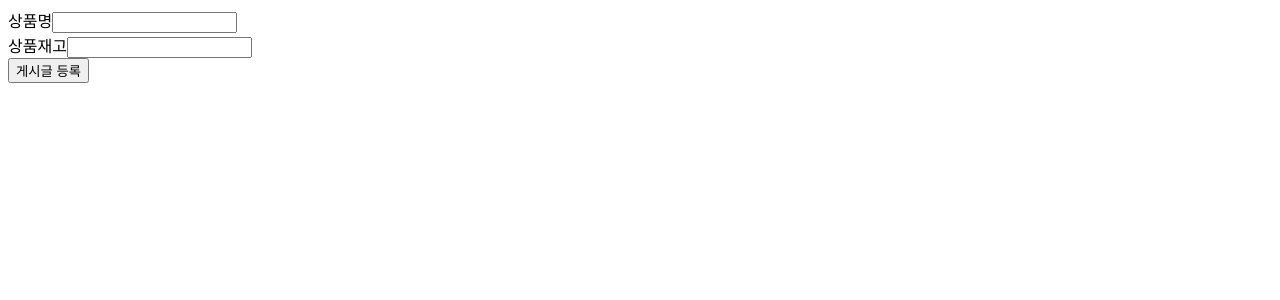
Repository: yesung1215/back_jsp
Page: http://localhost/mvc_task/write.jsp
An editor plug-in stored every save of this project. The page is shown before and after the next save, followed by the edit.
The browser window is 1280 px wide. The pictures show the whole page.
The page is served by Tomcat 9. Other server files are loaded and not shown.

Above is the page before, as saved 2025-09-26 07:07:06.

### mvc_task/src/main/webapp/write.jsp
<%@ page language="java" contentType="text/html; charset=UTF-8"
    pageEncoding="UTF-8"%>
<!DOCTYPE html>
<html>
<head>
<meta charset="UTF-8">
<title>게시글 작성</title>
</head>
<body>
	<form action="/mvc_task/write-ok.post" method="get">
		<div>
			<span>상품명</span><input name="productName" />
		</div>
		<div>
			<span>상품재고</span><input name="productStock" />
		</div>
		<button>게시글 등록</button>
	</form>
</body>
</html>

After the next save:
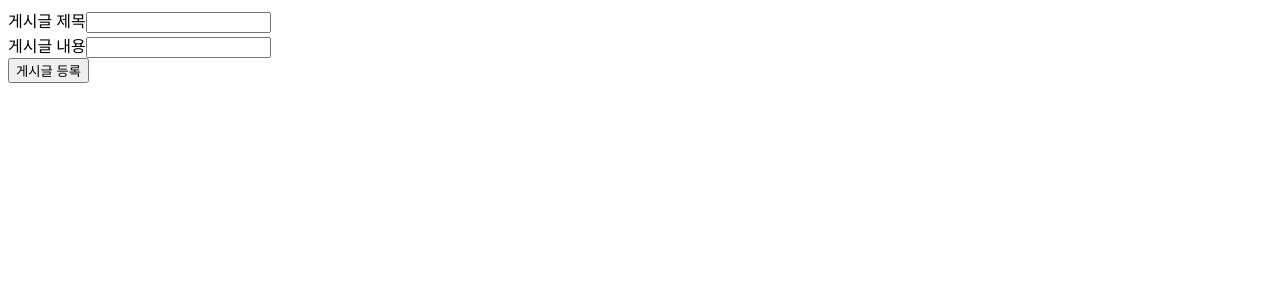
Saved 54 s later.
--- a/mvc_task/src/main/webapp/write.jsp
+++ b/mvc_task/src/main/webapp/write.jsp
@@ -9,10 +9,10 @@
 <body>
 	<form action="/mvc_task/write-ok.post" method="get">
 		<div>
-			<span>상품명</span><input name="productName" />
+			<span>게시글 제목</span><input name="postTitle" />
 		</div>
 		<div>
-			<span>상품재고</span><input name="productStock" />
+			<span>게시글 내용</span><input name="postContext" />
 		</div>
 		<button>게시글 등록</button>
 	</form>
